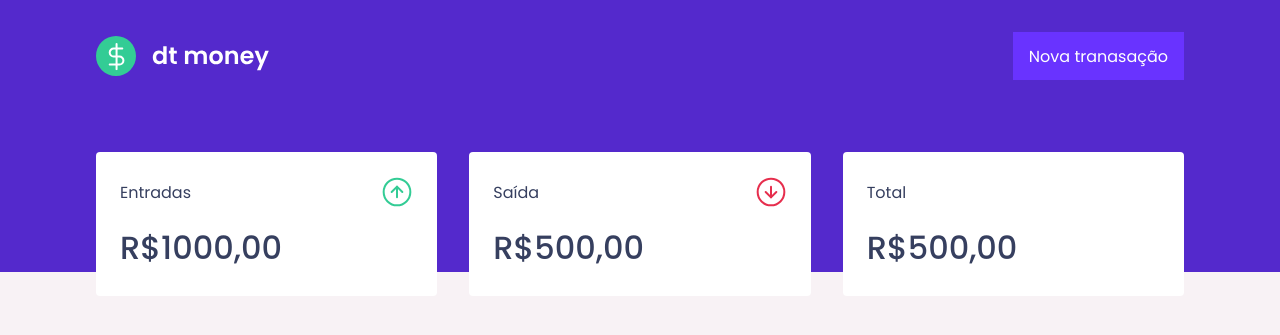
Repository: soualexandre/dtmoney
Page: /
These files come from the project's save history. The page is drawn as it stood at one moment and after the next save; the edit follows.
The browser window is 1280 px wide. The pictures show the whole page.
The project was rebuilt for these pictures with package versions that can differ from the ones it lists, and the page was loaded fresh each time.

Above is the page before, as saved 2021-07-13 10:57:59.

After the next save:
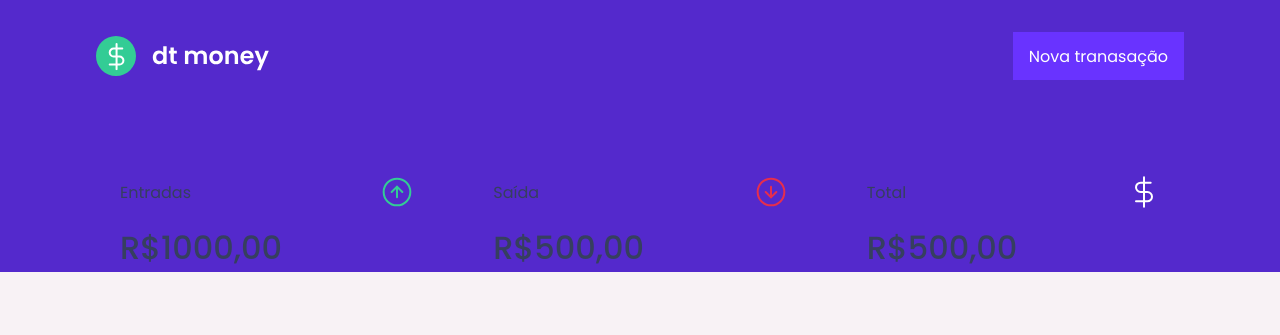
Saved 26 s later.
--- a/src/components/Sumary/styles.ts
+++ b/src/components/Sumary/styles.ts
@@ -8,7 +8,7 @@
     margin-top: -10rem;
 
 div{
-    background: var(--shape);
+    background: var(#000);
     padding: 1.5rem;
     border-radius: 0.25rem;
     color: var(--text-title);

After the save that followed:
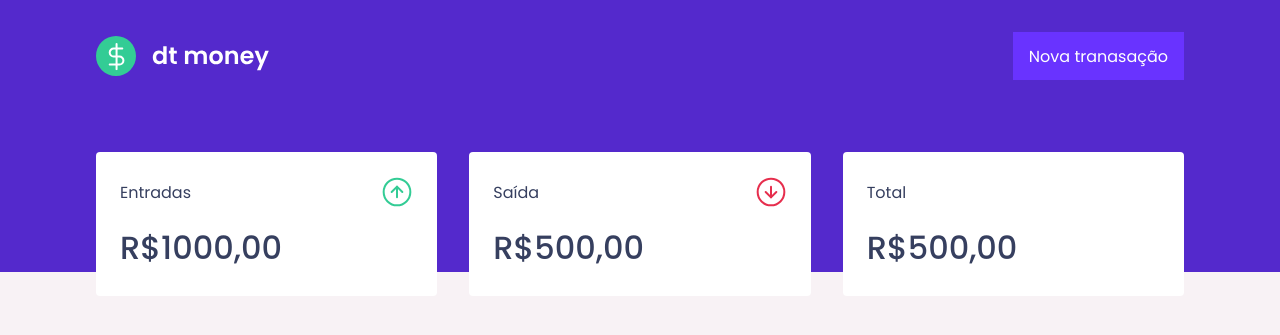
Saved 6 s later.
--- a/src/components/Sumary/styles.ts
+++ b/src/components/Sumary/styles.ts
@@ -8,7 +8,7 @@
     margin-top: -10rem;
 
 div{
-    background: var(#000);
+    background: var(--shape);
     padding: 1.5rem;
     border-radius: 0.25rem;
     color: var(--text-title);
